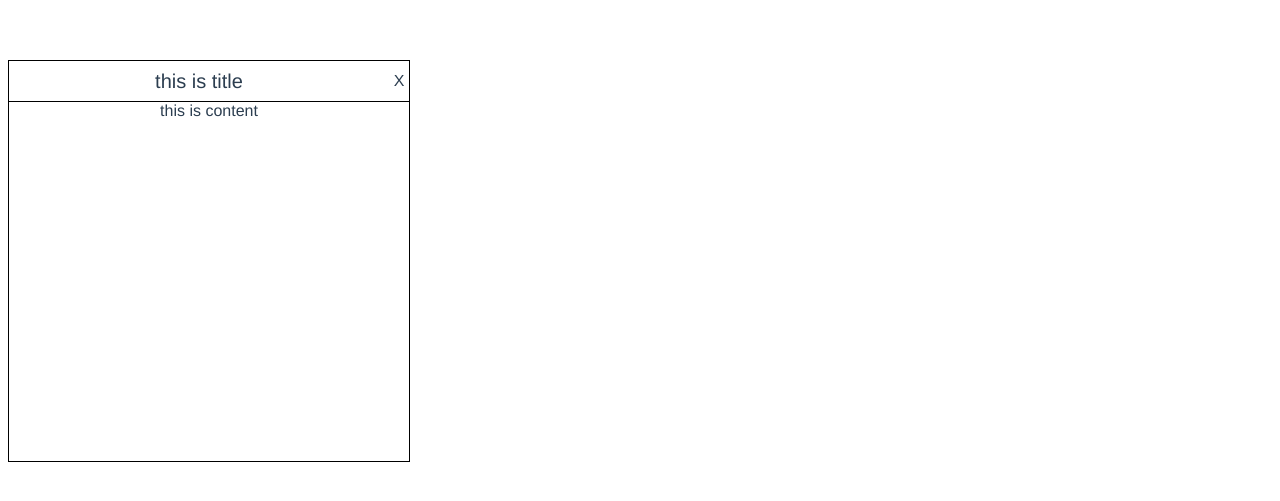
Repository: iulucky6/yf_messageBox
Page: /
These files come from the project's save history. The page is drawn as it stood at one moment and after the next save; the edit follows.
The browser window is 1280 px wide. The pictures show the whole page.
The project was rebuilt for these pictures with package versions that can differ from the ones it lists, and the page was loaded fresh each time. Also part of the build but not shown: src/components/HelloWorld.vue.

Above is the page before, as saved 2023-09-14 11:12:48.

### index.html
<!DOCTYPE html>
<html>
  <head>
    <meta charset="utf-8">
    <meta name="viewport" content="width=device-width,initial-scale=1.0">
    <title>v</title>
  </head>
  <body>
    <div id="app"></div>
    <!-- built files will be auto injected -->
  </body>
</html>

### src/main.js
// The Vue build version to load with the `import` command
// (runtime-only or standalone) has been set in webpack.base.conf with an alias.
import Vue from 'vue'
import App from './App'
// 引入配置文件
import router from './router'

Vue.config.productionTip = false

/* eslint-disable no-new */
new Vue({
  el: '#app',
  //注入
  router,
  components: { App },
  template: '<App/>'
})

### src/App.vue
<template>
  <div id="app">
    <!-- 决定路由组件配置，匹配到的组件会在这里渲染 -->
    <!-- <router-view/> -->
    <MessageBox></MessageBox>
  </div>
</template>

<script>
import { MessageBox } from "./components";
console.log(MessageBox,"MessageBox");

export default {
  name: "App",
  components:{
    MessageBox
  }
};
</script>

<style>
#app {
  font-family: "Avenir", Helvetica, Arial, sans-serif;
  -webkit-font-smoothing: antialiased;
  -moz-osx-font-smoothing: grayscale;
  text-align: center;
  color: #2c3e50;
  margin-top: 60px;
}
</style>

### src/router/index.js
// 1、引入路由
import Vue from 'vue'
import Router from 'vue-router'

// 2、启用路由
Vue.use(Router)

// 3、创建并导出路由
export default new Router({
  mode:'hash',
  routes: [
    {
      path: '/',
      name: 'HelloWorld',
      component: () => import("@/components/HelloWorld.vue")
    },
    {
      path:'/about',
      name:'About',
      component:()=>import("@/components/About.vue")
    }
  ]
})

### src/components/index.js
import MessageBox from "./MessageBox";

export {
    MessageBox
}

### src/components/MessageBox/index.js
import MessageBox from './index.vue'

export default MessageBox;

### src/components/MessageBox/index.vue
<template>
  <div :class="['boxStyle', type]">
    <div class="inner">
      <header class="header">
        <div class="title">{{ title }}</div>
        <span class="close">X</span>
      </header>

      <div class="content">{{ content }}</div>
    </div>
  </div>
</template>

<script>
export default {
  name: "MessageBox",
  props: {
    title: {
      type: String,
      default: "this is title",
    },
    content: {
      type: String,
      default: "this is content",
    },
    type: {
      type: String,
      default: "primary",
      //vue语法，校验传入参数合法性，返回true/false，返回false则警告
      validator(value) {
        ["primary", "success", "warn", "danger"].includes(value);
      },
    },
  },
};
</script>

<style lang='scss'>
$border-color: #000;
.boxStyle {
  border: 1px solid $border-color;
  width: 400px;
  height: 400px;
  display: flex;
  flex-direction: column;
  .header {
    display: flex;
    width: 100%;
    align-items: center;
    border-bottom: 1px solid $border-color;
    height: 40px;
    .title {
      flex: 1;
      font-size: 20px;
    }
    .close {
      width: 20px;
      line-height: 40px;
      display: inline-block;
    }
  }
  .content {
    // display: flex;
    flex: 1;
    // align-items: center;
    // justify-content: center;
  }
}
</style>

After the next save:
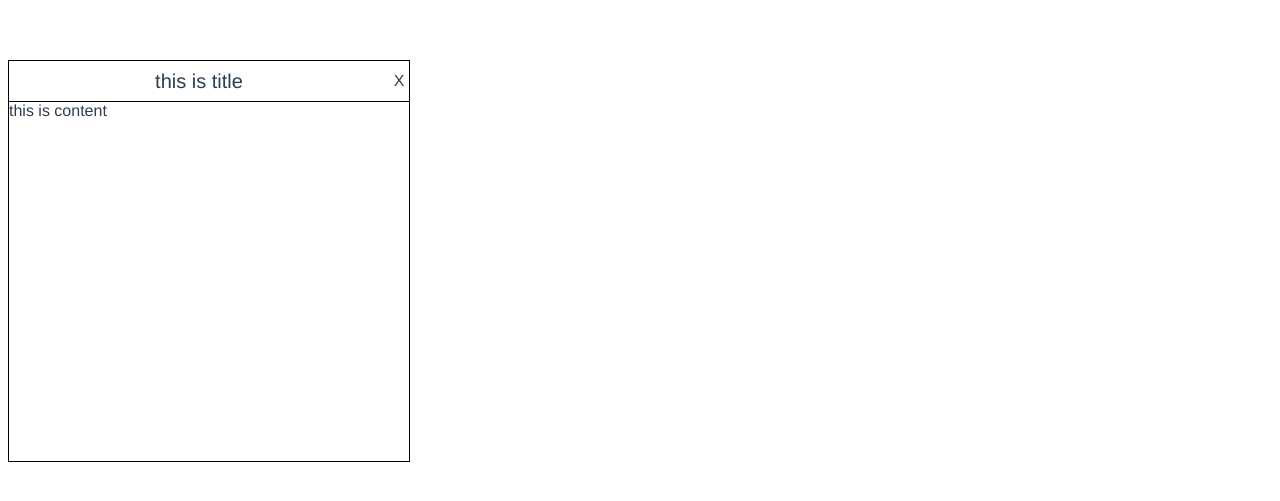
Saved 45 s later.
--- a/src/components/MessageBox/index.vue
+++ b/src/components/MessageBox/index.vue
@@ -60,7 +60,7 @@ $border-color: #000;
     }
   }
   .content {
-    // display: flex;
+    display: flex;
     flex: 1;
     // align-items: center;
     // justify-content: center;
